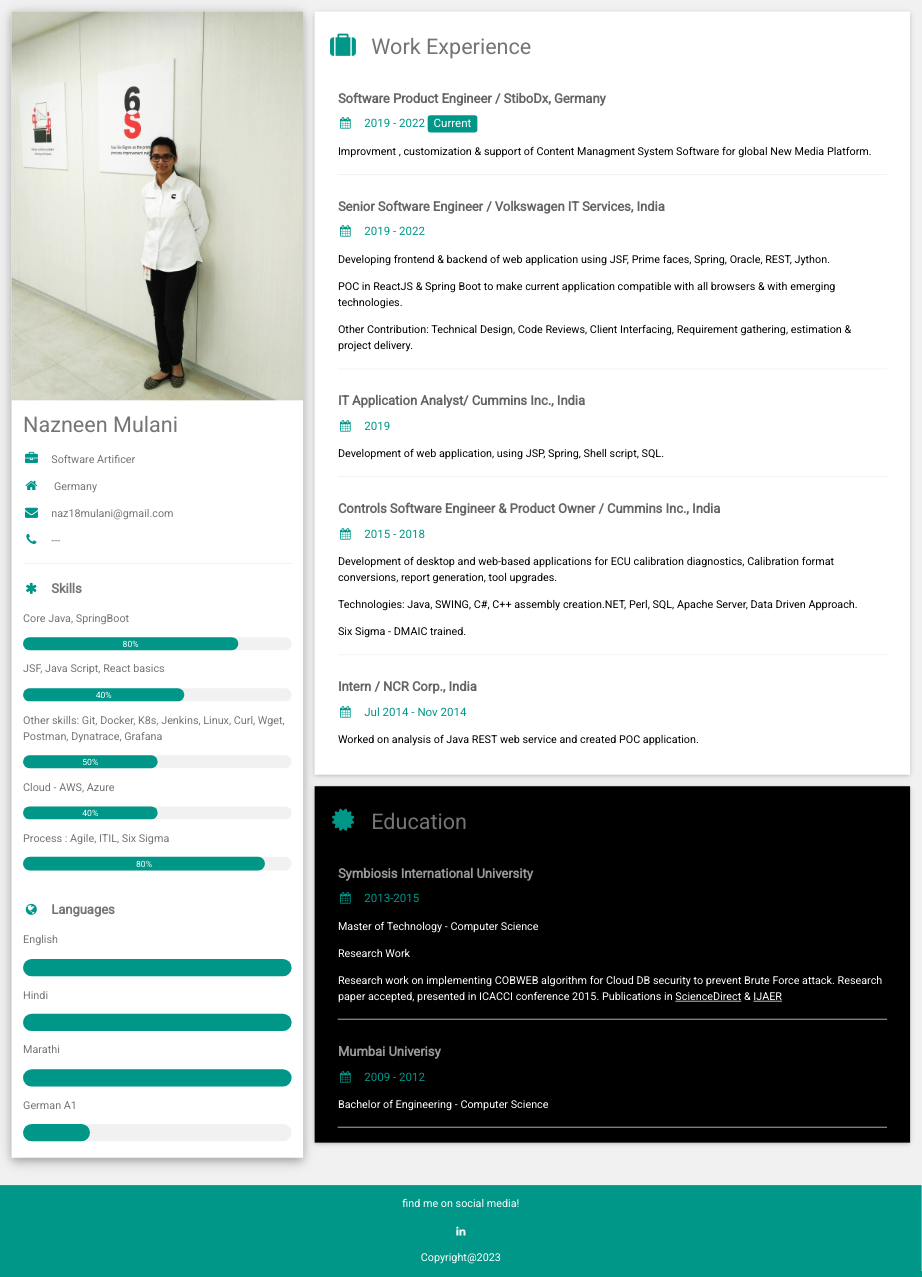
Repository: nazneenprojects/nazneen.github.io
Page: index.html
These files come from the project's save history. The page is drawn as it stood at one moment and after the next save; the edit follows.
The browser window is 1280 px wide. The pictures show the whole page, at 72% of full size.

Above is the page before, as saved 2023-07-08 23:50:52.

### index.html
<!DOCTYPE html>
<html>
<title>Nazneen Portfolio</title>
<meta charset="UTF-8">
<meta name="viewport" content="width=device-width, initial-scale=1">
<link rel="stylesheet" href="https://www.w3schools.com/w3css/4/w3.css">
<link rel='stylesheet' href='https://fonts.googleapis.com/css?family=Roboto'>
<link rel="stylesheet" href="https://cdnjs.cloudflare.com/ajax/libs/font-awesome/4.7.0/css/font-awesome.min.css">
<style>
html,body,h1,h2,h3,h4,h5,h6 {font-family: "Roboto", sans-serif}
</style>
<body class="w3-light-grey">

<!-- Page Container -->
<div class="w3-content w3-margin-top" style="max-width:1400px;">

  <!-- The Grid -->
  <div class="w3-row-padding">

    <!-- Left Column -->
    <div class="w3-third">

      <div class="w3-white w3-text-grey w3-card-4">
        <div class="w3-display-container">
          <img src="naz.jpg" style="width:100%" alt="Avatar">
          <div class="w3-display-bottomleft w3-container w3-text-black">
          </div>
        </div>
        <div class="w3-container">
          <h2>Nazneen Mulani</h2>
          <p><i class="fa fa-briefcase fa-fw w3-margin-right w3-large w3-text-teal"></i>Software Artificer</p>
          <p><i class="fa fa-home fa-fw w3-margin-right w3-large w3-text-teal"></i> Germany </p>
          <p><i class="fa fa-envelope fa-fw w3-margin-right w3-large w3-text-teal"></i>naz18mulani@gmail.com</p>
          <p><i class="fa fa-phone fa-fw w3-margin-right w3-large w3-text-teal"></i>---</p>
          <hr>

          <p class="w3-large"><b><i class="fa fa-asterisk fa-fw w3-margin-right w3-text-teal"></i>Skills</b></p>
          <p>Core Java, SpringBoot</p>
          <div class="w3-light-grey w3-round-xlarge w3-small">
            <div class="w3-container w3-center w3-round-xlarge w3-teal" style="width:80%">80%</div>
          </div>
          <p>JSF, Java Script, React basics</p>
          <div class="w3-light-grey w3-round-xlarge w3-small">
            <div class="w3-container w3-center w3-round-xlarge w3-teal" style="width:60%">
              <div class="w3-center w3-text-white">40%</div>
            </div>
          </div>
          <p>Other skills: Git, Docker, K8s, Jenkins, Linux, Curl, Wget, Postman, Dynatrace, Grafana</p>
          <div class="w3-light-grey w3-round-xlarge w3-small">
            <div class="w3-container w3-center w3-round-xlarge w3-teal" style="width:50%">50%</div>
          </div>
          <p>Cloud - AWS, Azure</p>
          <div class="w3-light-grey w3-round-xlarge w3-small">
            <div class="w3-container w3-center w3-round-xlarge w3-teal" style="width:50%">40%</div>
          </div>
          <p>Process : Agile, ITIL, Six Sigma</p>
          <div class="w3-light-grey w3-round-xlarge w3-small">
            <div class="w3-container w3-center w3-round-xlarge w3-teal" style="width:90%">80%</div>
          </div>
          <br>

          <p class="w3-large w3-text-theme"><b><i class="fa fa-globe fa-fw w3-margin-right w3-text-teal"></i>Languages</b></p>
          <p>English</p>
          <div class="w3-light-grey w3-round-xlarge">
            <div class="w3-round-xlarge w3-teal" style="height:24px;width:100%"></div>
          </div>
          <p>Hindi</p>
          <div class="w3-light-grey w3-round-xlarge">
            <div class="w3-round-xlarge w3-teal" style="height:24px;width:100%"></div>
          </div>
          <p>Marathi</p>
          <div class="w3-light-grey w3-round-xlarge">
            <div class="w3-round-xlarge w3-teal" style="height:24px;width:100%"></div>
          </div>
          <p>German A1</p>
          <div class="w3-light-grey w3-round-xlarge">
            <div class="w3-round-xlarge w3-teal" style="height:24px;width:25%"></div>
          </div>
          <br>
        </div>
      </div><br>

    <!-- End Left Column -->
    </div>

    <!-- Right Column -->
    <div class="w3-twothird">

      <div class="w3-container w3-card w3-white w3-margin-bottom">
        <h2 class="w3-text-grey w3-padding-16"><i class="fa fa-suitcase fa-fw w3-margin-right w3-xxlarge w3-text-teal"></i>Work Experience</h2>
        <div class="w3-container">
          <h5 class="w3-opacity"><b>Software Product Engineer / StiboDx, Germany</b></h5>
          <h6 class="w3-text-teal"><i class="fa fa-calendar fa-fw w3-margin-right"></i>2019 - 2022 <span class="w3-tag w3-teal w3-round">Current</span></h6>
          <p> Improvment , customization & support of Content Managment System Software for global New Media Platform.</p>
          <hr>
        </div>
        <div class="w3-container">
          <h5 class="w3-opacity"><b>Senior Software Engineer / Volkswagen IT Services, India</b></h5>
          <h6 class="w3-text-teal"><i class="fa fa-calendar fa-fw w3-margin-right"></i>2019 - 2022</h6>
          <p>Developing frontend & backend of web application using JSF, Prime faces, Spring, Oracle, REST, Jython.</p>
          <p>POC in ReactJS & Spring Boot to make current application compatible with all browsers & with emerging technologies.</p>
          <p>Other Contribution: Technical Design, Code Reviews, Client Interfacing, Requirement gathering, estimation & project delivery.</p>
          <hr>
        </div>
        <div class="w3-container">
          <h5 class="w3-opacity"><b>IT Application Analyst/ Cummins Inc., India</b></h5>
          <h6 class="w3-text-teal"><i class="fa fa-calendar fa-fw w3-margin-right"></i>2019 </h6>
          <p>Development of web application, using JSP, Spring, Shell script, SQL.</p>
          <hr>
        </div>
        <div class="w3-container">
          <h5 class="w3-opacity"><b>Controls Software Engineer & Product Owner / Cummins Inc., India</b></h5>
          <h6 class="w3-text-teal"><i class="fa fa-calendar fa-fw w3-margin-right"></i>2015 - 2018</h6>
          <p>Development of desktop and web-based applications for ECU calibration diagnostics, Calibration format conversions, report generation, tool upgrades.</p>
          <p>Technologies: Java, SWING, C#, C++ assembly creation.NET, Perl, SQL, Apache Server, Data Driven Approach.</p>
          <p>Six Sigma - DMAIC trained.</p>
          <hr>
        </div>
        <div class="w3-container">
          <h5 class="w3-opacity"><b>Intern / NCR Corp., India</b></h5>
          <h6 class="w3-text-teal"><i class="fa fa-calendar fa-fw w3-margin-right"></i>Jul 2014 - Nov 2014</h6>
          <p>Worked on analysis of Java REST web service and created POC application. </p><br>
        </div>
      </div>

      <div class="w3-container w3-card w3-black">
        <h2 class="w3-text-grey w3-padding-16"><i class="fa fa-certificate fa-fw w3-margin-right w3-xxlarge w3-text-teal"></i>Education</h2>
        <div class="w3-container">
          <h5 class="w3-opacity"><b> Symbiosis International University</b></h5>
          <h6 class="w3-text-teal"><i class="fa fa-calendar fa-fw w3-margin-right"></i>2013-2015</h6>
          <p>Master of Technology - Computer Science</p>
          <p>Research Work</p>
          <p>
            Research work on implementing COBWEB algorithm for Cloud DB security to prevent Brute Force attack. Research paper accepted, presented in ICACCI conference 2015. Publications in

            <a href="https://www.sciencedirect.com/science/article/pii/S1877050915005359">ScienceDirect</a> &
            <a href="https://www.ripublication.com/Volume/ijaerv10n12.htm">IJAER</a>
          </p>
          <hr>
        </div>
        <div class="w3-container">
          <h5 class="w3-opacity"><b>Mumbai Univerisy</b></h5>
          <h6 class="w3-text-teal"><i class="fa fa-calendar fa-fw w3-margin-right"></i>2009 - 2012</h6>
          <p>Bachelor of Engineering - Computer Science</p>
          <hr>
        </div>
      </div>

    <!-- End Right Column -->
    </div>

  <!-- End Grid -->
  </div>

  <!-- End Page Container -->
</div>

<footer class="w3-container w3-teal w3-center w3-margin-top">

  <p>find me on social media!</p>
  <a href="https://www.linkedin.com/in/nazneen-mulani-05004012a/"> <i class="fa fa-linkedin w3-hover-opacity"></i></a>
  <p>Copyright@2023</p>
 <!--
  <i class="fa fa-facebook-official w3-hover-opacity"></i>
  <i class="fa fa-instagram w3-hover-opacity"></i>
  <i class="fa fa-snapchat w3-hover-opacity"></i>
  <i class="fa fa-pinterest-p w3-hover-opacity"></i>
  <i class="fa fa-twitter w3-hover-opacity"></i>
  <p>Powered by <a href="https://www.w3schools.com/w3css/default.asp" target="_blank">w3.css</a></p>
 -->
</footer>

</body>
</html>

After the next save:
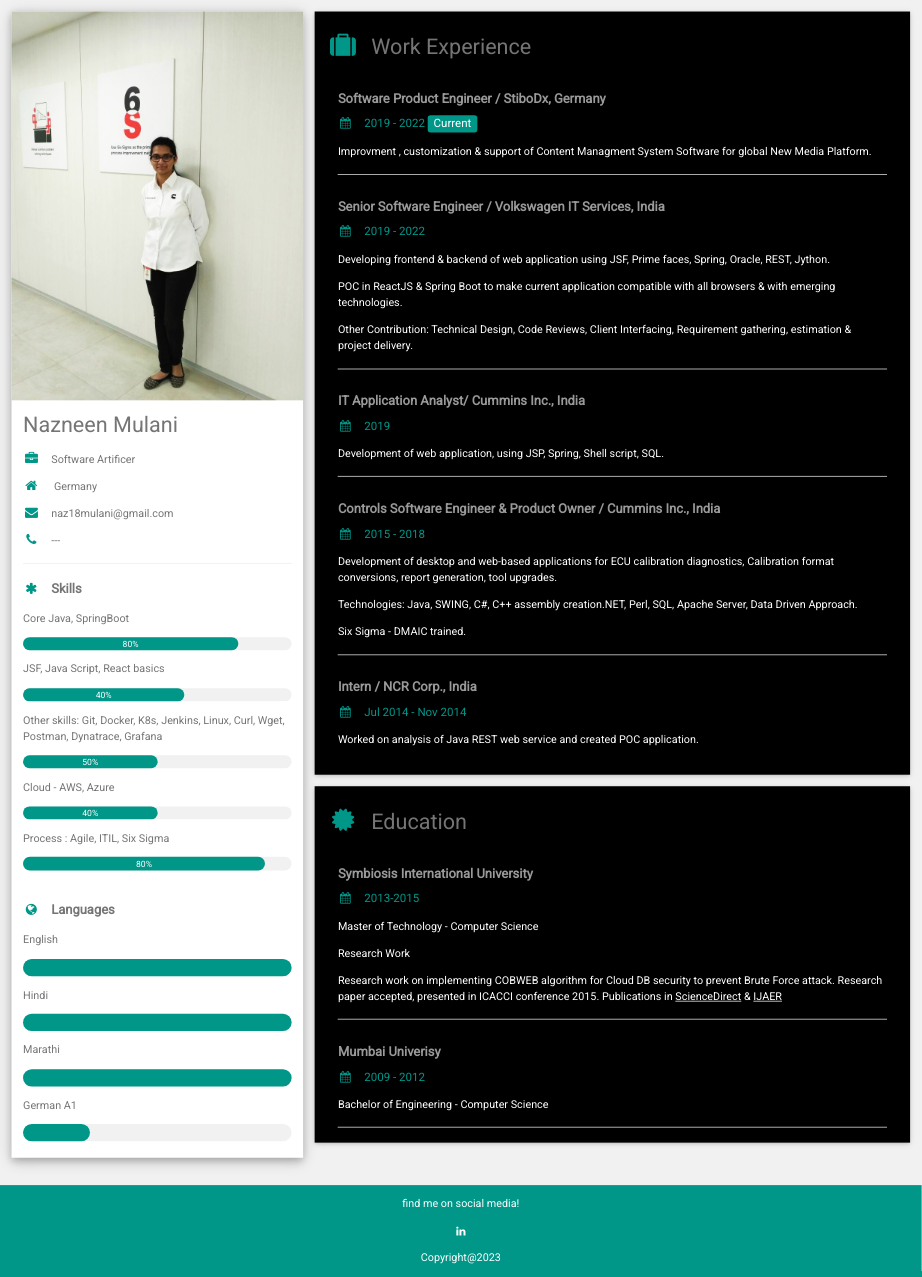
Saved 43 s later.
--- a/index.html
+++ b/index.html
@@ -86,7 +86,7 @@
     <!-- Right Column -->
     <div class="w3-twothird">
 
-      <div class="w3-container w3-card w3-white w3-margin-bottom">
+      <div class="w3-container w3-card w3-black w3-margin-bottom">
         <h2 class="w3-text-grey w3-padding-16"><i class="fa fa-suitcase fa-fw w3-margin-right w3-xxlarge w3-text-teal"></i>Work Experience</h2>
         <div class="w3-container">
           <h5 class="w3-opacity"><b>Software Product Engineer / StiboDx, Germany</b></h5>
